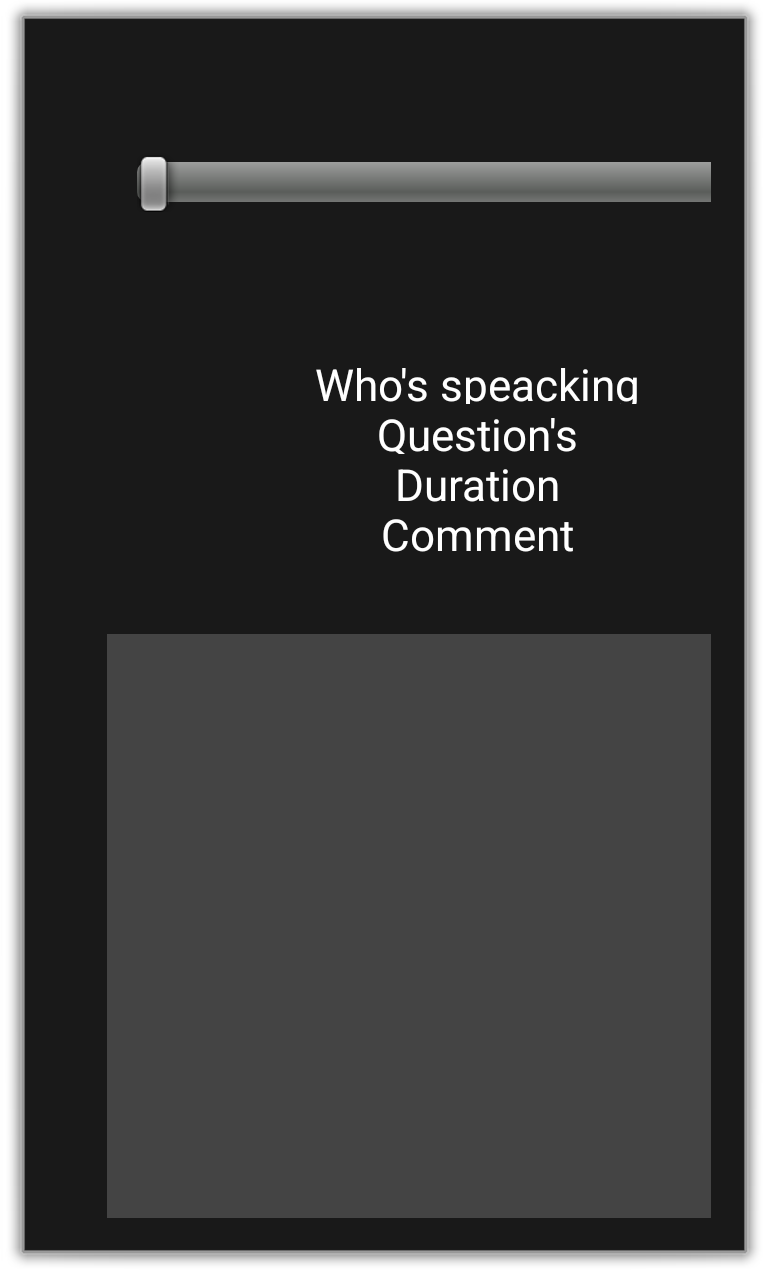
Repository: i-togui/TX
Layout: MM-Project/res/layout/activity_tag.xml
The author's editor kept a copy of each file at every save. The layout is drawn from the files as they stood at one save, then again after the next save.
It is drawn on a 768 x 1280 px phone screen (xhdpi) without system bars, with theme android:Theme.Dialog; the app's code is not run. Lists and similar views that code fills are empty.

Above is the layout before, as saved 2013-12-31 17:38:24.

### MM-Project/res/layout/activity_tag.xml
<LinearLayout xmlns:android="http://schemas.android.com/apk/res/android"
    xmlns:tools="http://schemas.android.com/tools"
    android:layout_width="1200dp"
    android:layout_height="700dp"
    android:paddingBottom="@dimen/activity_vertical_margin"
    android:paddingLeft="@dimen/activity_vertical_margin"
    android:paddingRight="@dimen/activity_vertical_margin"
    android:weightSum="4.0"
    android:orientation="vertical"
    android:paddingTop="@dimen/activity_vertical_margin"
    tools:context=".TagActivity" >
	    <LinearLayout
	    android:layout_width="1165dp"
	    android:layout_height="150dp"
	    android:layout_weight="1.0"
	    android:weightSum="10.0"
	    android:padding="10dp"
	    android:layout_marginLeft="30dp"
	    android:orientation="horizontal">
		    <SeekBar
	        android:id="@+id/seek_bar"
	        android:layout_width="800dp"
	        android:layout_height="wrap_content"
	        android:layout_gravity="center_vertical"
            android:gravity="center_vertical"
	        android:layout_centerInParent="true" />

			<ImageView
			android:id="@+id/img_play"
		    android:layout_width="100dp"
	        android:layout_height="100dp"
	        android:layout_gravity="center_vertical"
            android:gravity="center_vertical"
	        android:src="@drawable/play"
	        android:onClick="playAction"/>

			<ImageView
			android:id="@+id/img_pause"
		    android:layout_width="100dp"
	        android:layout_height="100dp"
	        android:layout_gravity="center_vertical"
            android:gravity="center_vertical"
	        android:src="@drawable/ic_action_pause_over_video"
	        android:onClick="pauseAction"/>

			<ImageView
			android:id="@+id/img_save"
		    android:layout_width="100dp"
	        android:layout_height="100dp"
	        android:layout_gravity="center_vertical"
            android:gravity="center_vertical"
	        android:src="@drawable/ic_action_save"
	        android:onClick="saveAll"/>
	    </LinearLayout>
	   	<LinearLayout
	    android:layout_width="1165dp"
	    android:layout_height="500dp"
	    android:layout_weight="1.0"
	    android:weightSum="10.0"
	    android:layout_marginTop="10dp"
	    android:padding="10dp"
	    android:orientation="horizontal">
			<LinearLayout
		    android:layout_width="400dp"
		    android:layout_height="480dp"
		    android:orientation="vertical">
			    <TextView
	            android:id="@+id/textWho"
	            android:layout_width="wrap_content"
	            android:layout_height="wrap_content"
	            android:layout_gravity="center_horizontal"
	            android:gravity="center_horizontal"
	            android:layout_weight="1.0"
	            android:text="Who's speacking"
	            android:textAppearance="?android:attr/textAppearanceLarge"/>
			    <TextView
	            android:id="@+id/textWhy"
	            android:layout_width="wrap_content"
	            android:layout_height="wrap_content"
	            android:layout_gravity="center_horizontal"
	            android:gravity="center_horizontal"
	            android:layout_weight="1.0"
	            android:text="Question's"
	            android:textAppearance="?android:attr/textAppearanceLarge"/>
				<TextView
	            android:id="@+id/texthowmuch"
	            android:layout_width="wrap_content"
	            android:layout_height="wrap_content"
	            android:layout_gravity="center_horizontal"
	            android:gravity="center_horizontal"
	            android:layout_weight="1.0"
	            android:text="Duration"
	            android:textAppearance="?android:attr/textAppearanceLarge"/>
				<TextView
	            android:id="@+id/textcomment"
	            android:layout_width="370dp"
	            android:layout_height="50dp"
	            android:layout_gravity="center_horizontal"
	            android:gravity="center_horizontal"
	            android:layout_weight="1.0"
	            android:text="Comment"
	            android:scrollbars = "horizontal"
	            android:layout_marginBottom="20dp"
	            android:textAppearance="?android:attr/textAppearanceLarge"/>
				<ListView
				android:id="@+id/items_list"
				android:layout_width="370dp"
				android:layout_height="320dp"
				android:layout_gravity="center_horizontal"
	            android:gravity="center_horizontal"
				android:layout_marginBottom="20dp"
				android:background="@color/whitegrey"/>
		    </LinearLayout>
			<HorizontalScrollView
			android:layout_width="730dp"
			android:background="@drawable/border"
	    	android:layout_height="480dp">
				<LinearLayout
			    android:id="@+id/list_list"
				android:layout_width="730dp"
				android:layout_margin="40dp"
			    android:layout_height="480dp"
			    android:orientation="horizontal">

				</LinearLayout>
			</HorizontalScrollView>
	    </LinearLayout>
 </LinearLayout>

### MM-Project/res/values/styles.xml
<?xml version="1.0" encoding="utf-8"?>
<resources>

    <!--
        Base application theme, dependent on API level. This theme is replaced
        by AppBaseTheme from res/values-vXX/styles.xml on newer devices.
    -->
    <style name="AppBaseTheme" parent="android:Theme.Light">
        <!--
            Theme customizations available in newer API levels can go in
            res/values-vXX/styles.xml, while customizations related to
            backward-compatibility can go here.
        -->
    </style>

    <!-- Application theme. -->
    <style name="AppTheme" parent="AppBaseTheme">
        <!-- All customizations that are NOT specific to a particular API-level can go here. -->
    </style>

    <color name="black">#FF000000</color>
    <color name="whitegrey">#FF444444</color>
    <color name="whitegreyy">#FFFFFFFF</color>
    <color name="blue">#FF0000FF</color>

    <style name="dialog_light" parent="@android:style/Theme.Dialog">
        <item name="@android:windowBackground">@color/whitegrey</item>
        <item name="@android:textColor">@color/black</item>
    </style>

    <style name="LoginFormContainer">
        <item name="android:layout_width">match_parent</item>
        <item name="android:layout_height">wrap_content</item>
        <item name="android:padding">16dp</item>
    </style>

</resources>

### MM-Project/res/drawable/border.xml
<?xml version="1.0" encoding="utf-8"?>
<shape xmlns:android="http://schemas.android.com/apk/res/android"
       android:shape="rectangle">
   <stroke
        android:width="5dip"
        android:color="@android:color/white" />
    <corners
      android:radius="2dp"
      android:topRightRadius="0dp"
      android:bottomRightRadius="0dp"
      android:bottomLeftRadius="0dp" />
</shape>

Loaded but not shown: MM-Project/res/values/dimens.xml (common file)

After the next save:
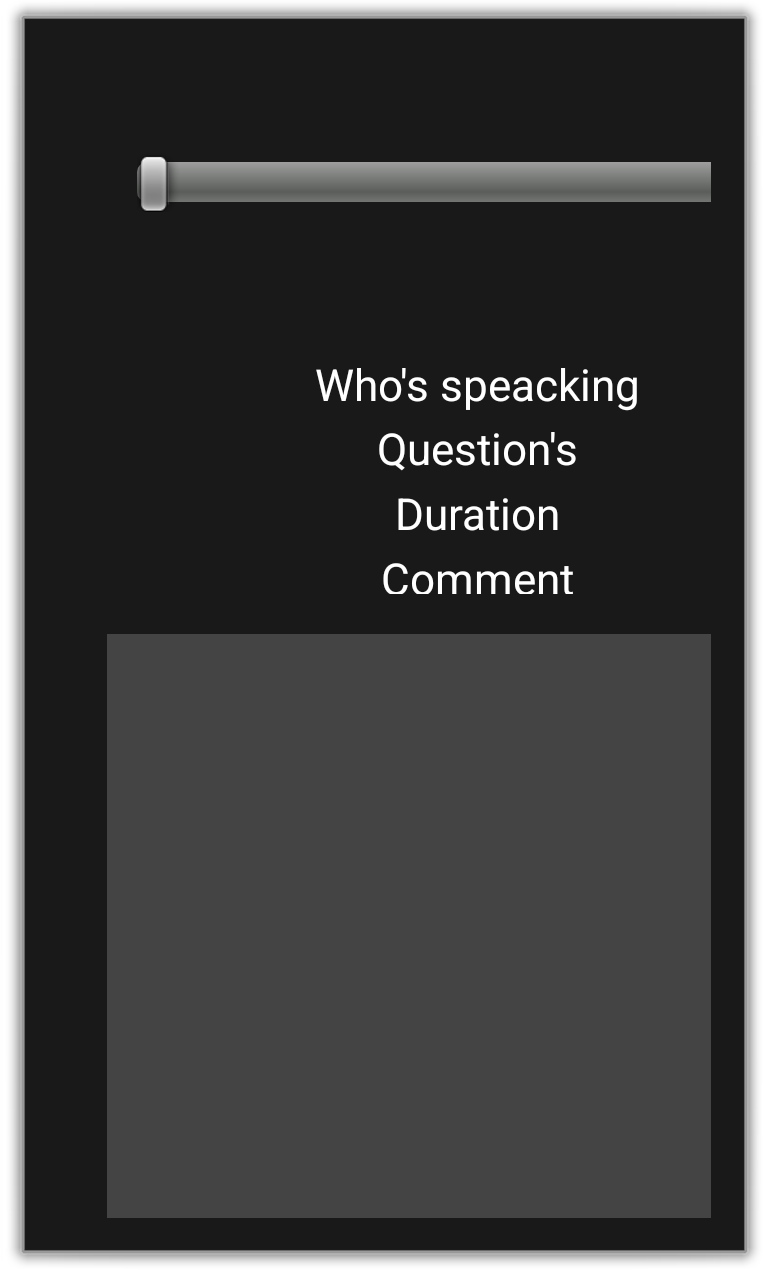
Saved 54 s later.
--- a/MM-Project/res/layout/activity_tag.xml
+++ b/MM-Project/res/layout/activity_tag.xml
@@ -94,7 +94,7 @@
 				<TextView
 	            android:id="@+id/textcomment"
 	            android:layout_width="370dp"
-	            android:layout_height="50dp"
+	            android:layout_height="20dp"
 	            android:layout_gravity="center_horizontal"
 	            android:gravity="center_horizontal"
 	            android:layout_weight="1.0"
